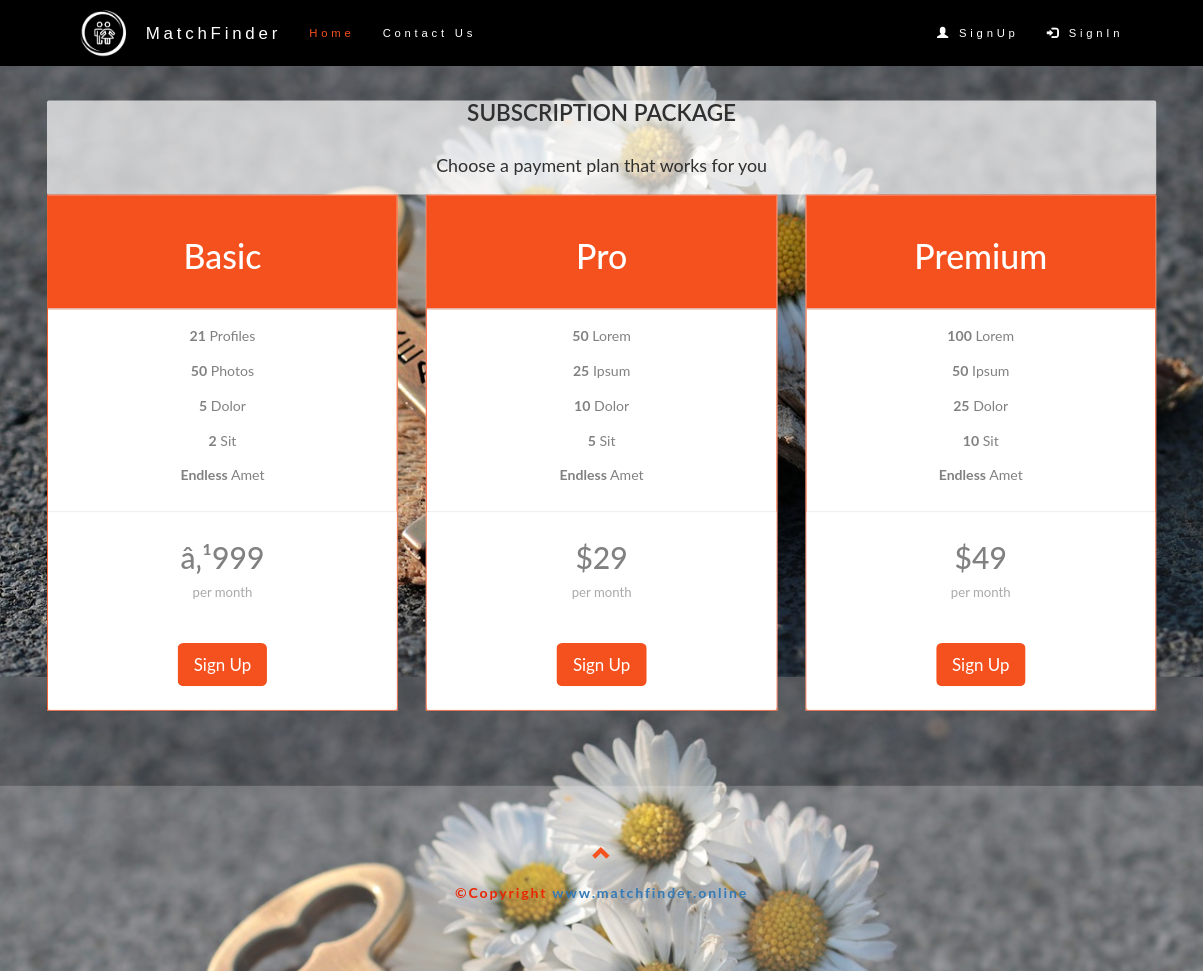
Repository: vibhu95/MatchFinder
Page: http://localhost/MatchFinder/package.jsp
An editor plug-in stored every save of this project. The page is shown before and after the next save, followed by the edit.
The browser window is 1280 px wide. The pictures show the whole page, at 94% of full size.
Backgrounds fixed to the window are drawn as part of the page. Some web libraries are served in a nearby version. The page is served by Tomcat 9. Other server files are loaded and not shown.

Above is the page before, as saved 2018-01-31 19:45:59.

### workspace/MatchFinder/WebContent/package.jsp
<%@ page language="java" contentType="text/html; charset=ISO-8859-1"
    pageEncoding="ISO-8859-1"%>
    <%@page import="javax.servlet.http.*" %>
<%@page import="com.classes.*" %>
<%@page import="com.controller.*" %>
<%@include file="header.jsp" %>

<!-- Container (Pricing Section) -->
<div id="pricing" class="container-fluid">
  <div style="background-color: rgba(255,255,255,0.7); border-radius:2px; height:100px;" class="text-center">
    <h2>Subscription Package</h2>
    <h4>Choose a payment plan that works for you</h4>
  </div>
  <div class="row slideanim">
    <div class="col-sm-4 col-xs-12">
      <div class="panel panel-default text-center">
        <div class="panel-heading">
          <h1>Basic</h1>
        </div>
        <div class="panel-body">
          <p><strong>21</strong> Profiles</p>
          <p><strong>50</strong> Photos</p>
          <p><strong>5</strong> Dolor</p>
          <p><strong>2</strong> Sit</p>
          <p><strong>Endless</strong> Amet</p>
        </div>
        <div class="panel-footer">
          <h3>₹999</h3>
          <h4>per month</h4>
          <button class="btn btn-lg">Sign Up</button>
        </div>
      </div>
    </div>
    <div class="col-sm-4 col-xs-12">
      <div class="panel panel-default text-center">
        <div class="panel-heading">
          <h1>Pro</h1>
        </div>
        <div class="panel-body">
          <p><strong>50</strong> Lorem</p>
          <p><strong>25</strong> Ipsum</p>
          <p><strong>10</strong> Dolor</p>
          <p><strong>5</strong> Sit</p>
          <p><strong>Endless</strong> Amet</p>
        </div>
        <div class="panel-footer">
          <h3>$29</h3>
          <h4>per month</h4>
          <button class="btn btn-lg">Sign Up</button>
        </div>
      </div>
    </div>
    <div class="col-sm-4 col-xs-12">
      <div class="panel panel-default text-center">
        <div class="panel-heading">
          <h1>Premium</h1>
        </div>
        <div class="panel-body">
          <p><strong>100</strong> Lorem</p>
          <p><strong>50</strong> Ipsum</p>
          <p><strong>25</strong> Dolor</p>
          <p><strong>10</strong> Sit</p>
          <p><strong>Endless</strong> Amet</p>
        </div>
        <div class="panel-footer">
          <h3>$49</h3>
          <h4>per month</h4>
          <button class="btn btn-lg">Sign Up</button>
        </div>
      </div>
    </div>
  </div>
</div>

<%@include file="footer.jsp" %>

### workspace/MatchFinder/WebContent/header.jsp
<%@ page language="java" contentType="text/html; charset=ISO-8859-1"
    pageEncoding="ISO-8859-1"%>
<!DOCTYPE html PUBLIC "-//W3C//DTD HTML 4.01 Transitional//EN" "http://www.w3.org/TR/html4/loose.dtd">
<%@page import="com.classes.*" %>
<%@ page session = "false" %>
<% HttpSession session = request.getSession(false); %>

<!-- header -->
<html lang="en">
<head>
  <title>Match@Finder</title>
  <meta charset="utf-8">
  <meta name="viewport" content="width=device-width, initial-scale=1">
  <link rel="stylesheet" href="https://maxcdn.bootstrapcdn.com/bootstrap/3.3.7/css/bootstrap.min.css">
  <link rel="stylesheet" href="css/style.css">
  <script src="https://ajax.googleapis.com/ajax/libs/jquery/3.2.1/jquery.min.js"></script>
  <script src="https://maxcdn.bootstrapcdn.com/bootstrap/3.3.7/js/bootstrap.min.js"></script>

<style>
#about{
	color: rgb(0,0,0);
	font-size:22;
	font-weight:bold;
}
#copy{
	color:rgb(234,39,0);
	font-size: 32;
	font-weight: bold;
	letter-spacing: 2px;
}
body{
 background: url('pic/11__11.jpg') no-repeat fixed;
  background-size: 100% 100%;
}
footer, #about{
background-color: rgba(255,255,255,0.2);
}
  .container {
      padding: 10px 30px;
  }
  .carousel-inner img {
    //  -webkit-filter: grayscale(90%);
   //  filter: grayscale(90%); /* make all photos black and white */
      width: 100%; /* Set width to 100% */
     margin:auto;
  }
  .carousel-caption h3 {
      color: #fff !important;
  }
    @media (max-width: 600px) {
    .carousel-caption {
      display: none; /* Hide the carousel text when the screen is less than 600 pixels wide */
    }
  }
  #signal{
  	float: right;
  	margin-top: 100px;
  }
  #upload_dp {
    display: none;
    width: 0;
    height: 0;
}
   #dp1:hover {
    opacity: 0.5;
    filter: alpha(opacity=50); /* For IE8 and earlier */
    cursor: pointer;
}

  </style>
  <script>
$(document).ready(function(){
    $("#dp1").click(function(){
        $('#upload_dp').click();
    })
});
</script>

</head>
<body id="myPage" data-spy="scroll" data-target=".navbar" data-offset="60">
<nav class="navbar navbar-inner navbar-fixed-top">
  <div class="container">
    <div class="navbar-header">
    <a href="index.jsp"><img src="pic/logos.png" alt="logo" style="float: left; margin-right: 20px " height="50px" width="50px"></a>
      <a class="navbar-brand" href="index.jsp">MatchFinder</a>
    </div>
    <ul class="nav navbar-nav">
       <li class="active"><a href="index.jsp">Home</a></li>
  <!--    <li class="dropdown"><a class="dropdown-toggle" data-toggle="dropdown" href="#">Page 1 <span class="caret"></span></a>
        <ul class="dropdown-menu">
          <li><a href="#">Page 1-1</a></li>
          <li><a href="#">Page 1-2</a></li>
          <li><a href="#">Page 1-3</a></li>
        </ul>
      </li>   -->
     <%
      if(session!=null)
      { %>
      <li><a href="agent.jsp">Agents</a></li>
      <% } %>
      <li><a href="contact.jsp">Contact Us</a></li>
      </ul>
    <ul class="nav navbar-nav navbar-right">
<script>
function upload(){
	 document.getElementById('upload').submit();
	  }

</script>
      <%
      if(session!=null)
      {
    	  if(session.getAttribute("user")!=null)
    	  {
    	    UserBean user = (UserBean)session.getAttribute("user");
    	    if(user!=null)
    	    {   %>
        <form action="UploadImage" method="post" id="upload" enctype="multipart/form-data">
        <input id="upload_dp" type="file" name="dp" size="chars" onchange="document.getElementById('upload').submit();">
           </form>
      <li style="font-size:20px; margin-top:10px;">
      <%      if(user.getDp()!=null)
               { int id = user.getId(); %>
      <img id="dp1" src="getImage.jsp?id=<%=id %>" class="img-circle" alt="getDp" style="margin-top:5px; margin-right:10px;" width="40px" hieght="40px"></img></li><li><a style="text-decoration:none;" href="profile.jsp?id=<%=user.getId() %>"><%=user.getName() %></a></li>
      <%         }
              else{ %>
    	<img id="dp1" src="pic/businessman_17.png" class="img-circle" alt="DefaultDp" style="margin-top:5px; margin-right:10px;" width="40px" hieght="40px"></img><a style="text-decoration:none;" href="profile.jsp?id=<%=user.getId() %>"><%=user.getName() %></a></li>
      <%         }
             }
      %>
      <li><a href="SignOut"><span class="glyphicon glyphicon-log-in"></span> SignOut</a></li>
      <%  }
      else {%>
    		<li><a href="login/login.jsp"><span class="glyphicon glyphicon-user"></span> SignUp</a></li>
    	      <li><a href="login/login.jsp"><span class="glyphicon glyphicon-log-in"></span> SignIn</a></li>
  <%  } }
    else { %>
    	<li><a href="login/login.jsp"><span class="glyphicon glyphicon-user"></span> SignUp</a></li>
      <li><a href="login/login.jsp"><span class="glyphicon glyphicon-log-in"></span> SignIn</a></li>
      <% } %>
       </ul>
  </div>
</nav>

<!-- Header Closed -->>

### workspace/MatchFinder/WebContent/footer.jsp
<%@ page language="java" contentType="text/html; charset=ISO-8859-1"
    pageEncoding="ISO-8859-1"%>
<!DOCTYPE html PUBLIC "-//W3C//DTD HTML 4.01 Transitional//EN" "http://www.w3.org/TR/html4/loose.dtd">

<!-- Footer Start -->

<footer class="container-fluid text-center">
  <a href="#myPage" title="To Top">
    <span class="glyphicon glyphicon-chevron-up"></span>
  </a>
  <p id="copy">&copyCopyright  <a href="https://www.matchfinder.online" title="Visit MatchFinder">www.matchfinder.online</a></p>
</footer>

<script>
$(document).ready(function(){
  // Add smooth scrolling to all links in navbar + footer link
  $(".navbar a, footer a[href='#myPage']").on('click', function(event) {
    // Make sure this.hash has a value before overriding default behavior
    if (this.hash !== "") {
      // Prevent default anchor click behavior
      event.preventDefault();

      // Store hash
      var hash = this.hash;

      // Using jQuery's animate() method to add smooth page scroll
      // The optional number (900) specifies the number of milliseconds it takes to scroll to the specified area
      $('html, body').animate({
        scrollTop: $(hash).offset().top
      }, 900, function(){

        // Add hash (#) to URL when done scrolling (default click behavior)
        window.location.hash = hash;
      });
    } // End if
  });

  $(window).scroll(function() {
    $(".slideanim").each(function(){
      var pos = $(this).offset().top;

      var winTop = $(window).scrollTop();
        if (pos < winTop + 600) {
          $(this).addClass("slide");
        }
    });
  });
})
</script>

</body>
</html>
<!-- Footer End -->

### workspace/MatchFinder/WebContent/css/style.css
body {
      font: 400 15px Lato, sans-serif;
      line-height: 1.8;
      color: #818181;
  }
  h2 {
      font-size: 24px;
      text-transform: uppercase;
      color: #303030;
      font-weight: 600;
      margin-bottom: 30px;
  }
  h4 {
      font-size: 19px;
      line-height: 1.375em;
      color: #303030;
      font-weight: 400;
      margin-bottom: 30px;
  }
  .jumbotron {
      background-color: #f4511e;
      color: #fff;
      padding: 100px 25px;
      font-family: Montserrat, sans-serif;
  }
  .container-fluid {
      padding: 60px 50px;
  }
  .bg-grey {
      background-color: #f6f6f6;
  }
  .logo-small {
      color: #f4511e;
      font-size: 50px;
  }
  .logo {
      color: #f4511e;
      font-size: 200px;
  }
  .thumbnail {
      padding: 0 0 15px 0;
      border: none;
      border-radius: 0;
  }
  .thumbnail img {
      width: 100%;
      height: 100%;
      margin-bottom: 10px;
  }
  .carousel-control.right, .carousel-control.left {
      background-image: none;
      color: #f4511e;
  }
  .carousel-indicators li {
      border-color: #f4511e;
  }
  .carousel-indicators li.active {
      background-color: #f4511e;
  }
  .item h4 {
      font-size: 19px;
      line-height: 1.375em;
      font-weight: 400;
      font-style: italic;
      margin: 70px 0;
  }
  .item span {
      font-style: normal;
  }
  .panel {
      border: 1px solid #f4511e;
      border-radius:0 !important;
      transition: box-shadow 0.5s;
  }
  .panel:hover {
      box-shadow: 5px 0px 40px rgba(0,0,0, .2);
  }
  .panel-footer .btn:hover {
      border: 1px solid #f4511e;
      background-color: #fff !important;
      color: #f4511e;
  }
  .panel-heading {
      color: #fff !important;
      background-color: #f4511e !important;
      padding: 25px;
      border-bottom: 1px solid transparent;
      border-top-left-radius: 0px;
      border-top-right-radius: 0px;
      border-bottom-left-radius: 0px;
      border-bottom-right-radius: 0px;
  }
  .panel-footer {
      background-color: white !important;
  }
  .panel-footer h3 {
      font-size: 32px;
  }
  .panel-footer h4 {
      color: #aaa;
      font-size: 14px;
  }
  .panel-footer .btn {
      margin: 15px 0;
      background-color: #f4511e;
      color: #fff;
  }
  .navbar {
      margin-bottom: 0;
    //  height: 19%;
    //  background-color: #f4511e;
      background-color: #000;
      z-index: 9999;
      border: 0;
      font-size: 12px !important;
      line-height: 1.42857143 !important;
      letter-spacing: 4px;
      border-radius: 0;
      font-family: Montserrat, sans-serif;
  }
  .navbar li a, .navbar .navbar-brand {
      color: #fff !important;
  }
  .navbar-nav li a:hover, .navbar-nav li.active a {
      color: #f4511e !important;
     // background-color: #fff !important;
  }
  .dropdown-menu {

      background-color: #000 !important;
  }
  .navbar-default .navbar-toggle {
      border-color: transparent;
      color: #fff !important;
  }
  footer .glyphicon {
      font-size: 20px;
      margin-bottom: 20px;
      color: #f4511e;
  }
  .slideanim {visibility:hidden;}
  .slide {
      animation-name: slide;
      -webkit-animation-name: slide;
      animation-duration: 1s;
      -webkit-animation-duration: 1s;
      visibility: visible;
  }
  @keyframes slide {
    0% {
      opacity: 0;
      transform: translateY(70%);
    }
    100% {
      opacity: 1;
      transform: translateY(0%);
    }
  }
  @-webkit-keyframes slide {
    0% {
      opacity: 0;
      -webkit-transform: translateY(70%);
    }
    100% {
      opacity: 1;
      -webkit-transform: translateY(0%);
    }
  }
  @media screen and (max-width: 768px) {
    .col-sm-4 {
      text-align: center;
      margin: 25px 0;
    }
    .btn-lg {
        width: 100%;
        margin-bottom: 35px;
    }
  }
  @media screen and (max-width: 480px) {
    .logo {
        font-size: 150px;
    }
  }

After the next save:
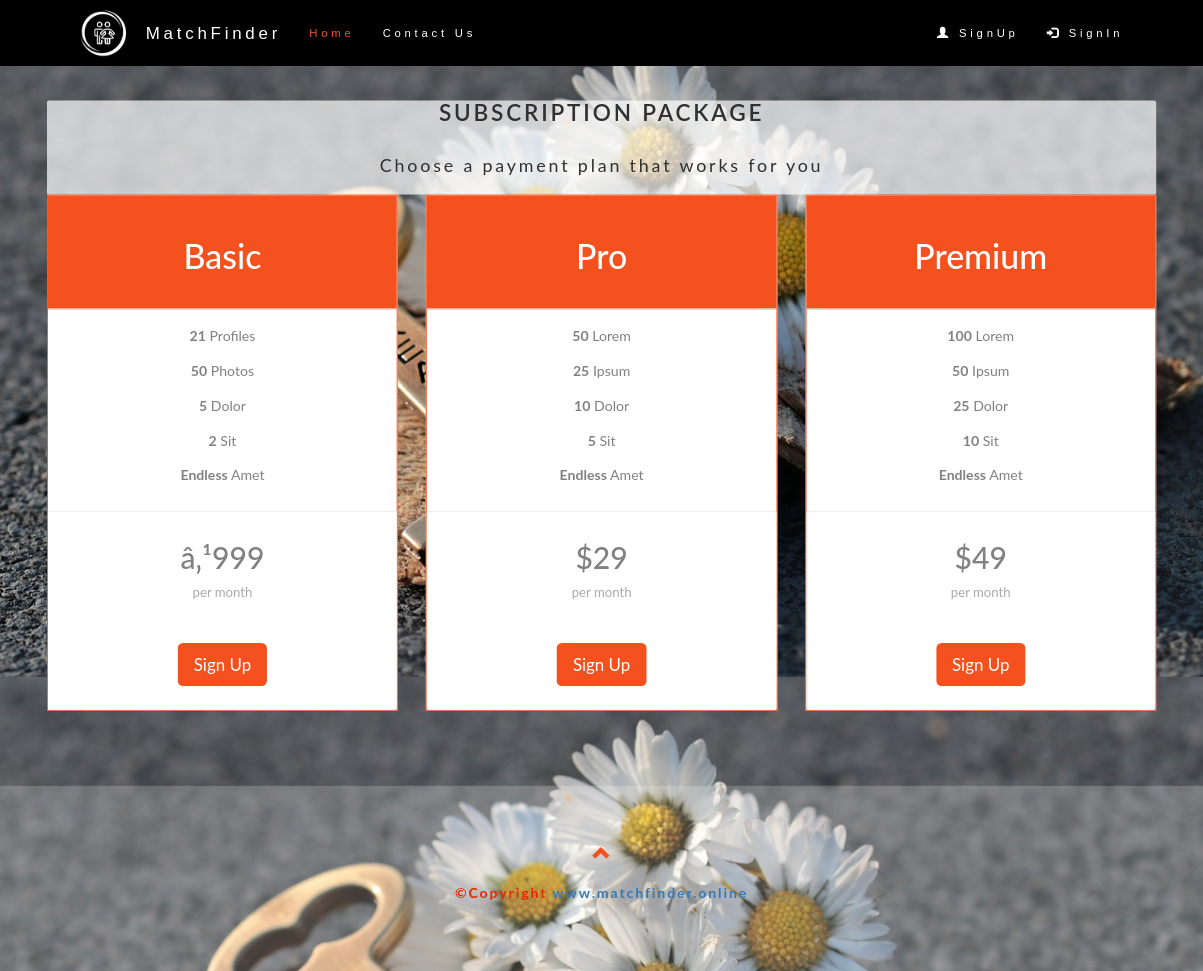
Saved 27 s later.
--- a/workspace/MatchFinder/WebContent/package.jsp
+++ b/workspace/MatchFinder/WebContent/package.jsp
@@ -7,7 +7,7 @@
 
 <!-- Container (Pricing Section) -->
 <div id="pricing" class="container-fluid">
-  <div style="background-color: rgba(255,255,255,0.7); border-radius:2px; height:100px;" class="text-center">
+  <div style="background-color: rgba(255,255,255,0.7); border-radius:2px; height:100px; letter-spacing:3px" class="text-center">
     <h2>Subscription Package</h2>
     <h4>Choose a payment plan that works for you</h4>
   </div>
